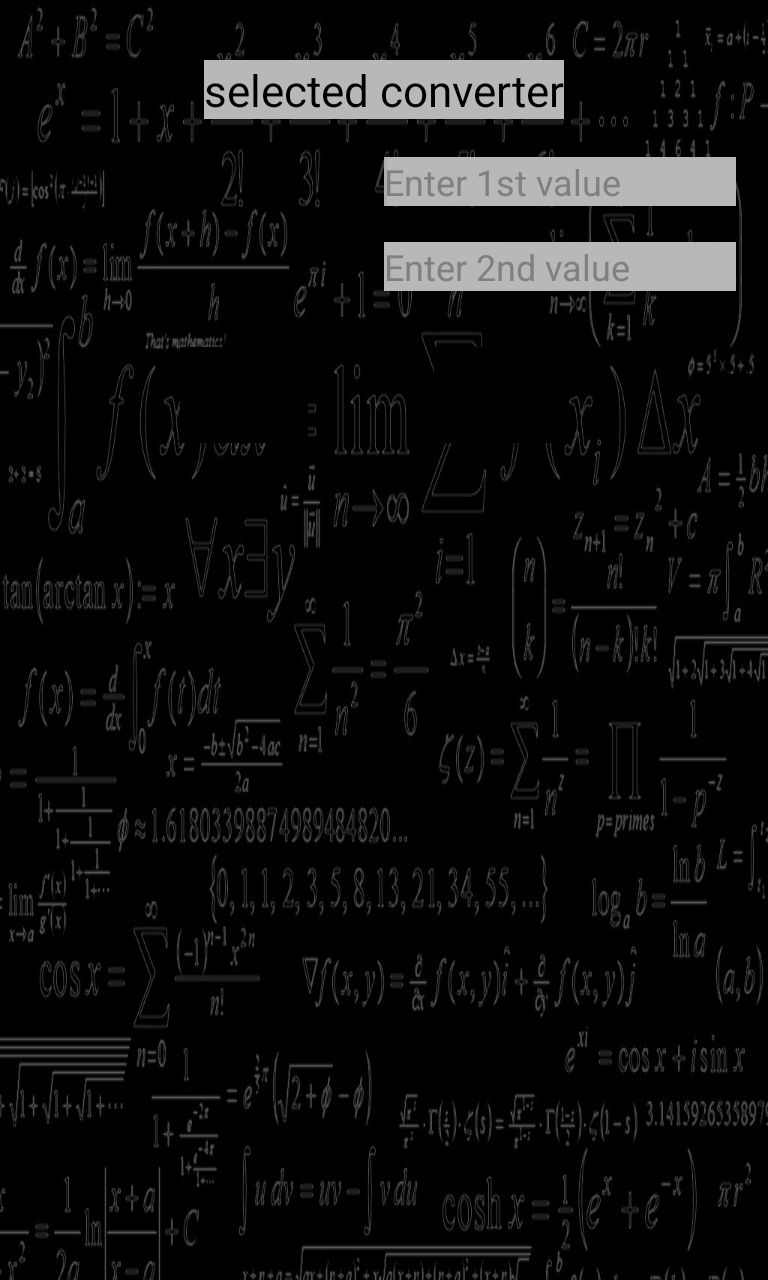
Repository: priyankaaj/practiced-apps
Layout: Converter/res/layout/activity_main.xml
An editor plug-in stored every save of this project. The layout is shown before and after the next save, followed by the edit.
It is drawn on a 768 x 1280 px phone screen (xhdpi) without system bars, with theme AppTheme; the app's code is not run.

Above is the layout before, as saved 2015-09-24 18:52:51.

### Converter/res/layout/activity_main.xml
<RelativeLayout xmlns:android="http://schemas.android.com/apk/res/android"
    xmlns:tools="http://schemas.android.com/tools"
    android:layout_width="match_parent"
    android:layout_height="match_parent"
    android:background="@drawable/maths_wallpaper"
    android:paddingBottom="@dimen/activity_vertical_margin"
    android:paddingLeft="@dimen/activity_horizontal_margin"
    android:paddingRight="@dimen/activity_horizontal_margin"
    android:paddingTop="@dimen/activity_vertical_margin"
    tools:context=".MainActivity" >

    <TextView
        android:id="@+id/selectedconverter"
        android:layout_width="wrap_content"
        android:layout_height="wrap_content"
        android:layout_alignParentTop="true"
        android:layout_centerHorizontal="true"
        android:layout_marginTop="14dp"
        android:text="selected converter"
        android:background="#B8B8B8"
        android:textAppearance="?android:attr/textAppearanceLarge" />

    <Spinner
        android:id="@+id/spinnerconvertoptions"
        android:layout_width="wrap_content"
        android:layout_height="wrap_content"
        android:layout_below="@+id/selectedconverter"
        android:layout_centerHorizontal="true"
        android:background="#B8B8B8"
        android:layout_marginTop="19dp" />

    <EditText
        android:id="@+id/entvalue1"
        android:layout_width="wrap_content"
        android:layout_height="wrap_content"
        android:layout_alignLeft="@+id/spinnerconvertoptions"
        android:layout_below="@+id/spinnerconvertoptions"
        android:ems="10"
        android:background="#B8B8B8"
        android:hint="Enter 1st value" >

        <requestFocus />
    </EditText>

    <EditText
        android:id="@+id/entvalue2"
        android:layout_width="wrap_content"
        android:layout_height="wrap_content"
        android:layout_alignLeft="@+id/entvalue1"
        android:layout_below="@+id/entvalue1"
        android:layout_marginTop="18dp"
        android:ems="10"
        android:background="#B8B8B8"
        android:hint="Enter 2nd value" />

    <Button
        android:id="@+id/buttonsubmit"
        android:layout_width="wrap_content"
        android:layout_height="wrap_content"
        android:layout_alignLeft="@+id/entvalue2"
        android:layout_below="@+id/entvalue2"
        android:layout_marginLeft="25dp"
        android:layout_marginTop="28dp"
        android:background="#000000"
        android:text="Submit" />

    <Button
        android:id="@+id/buttoncancel"
        android:layout_width="wrap_content"
        android:layout_height="wrap_content"
        android:layout_alignBaseline="@+id/buttonsubmit"
        android:layout_alignBottom="@+id/buttonsubmit"
        android:layout_alignRight="@+id/spinnerconvertoptions"
        android:layout_marginRight="38dp"
        android:background="#000000"
        android:text="Reset" />

</RelativeLayout>

Loaded but not shown: Converter/res/values/styles.xml (common file); Converter/res/values-v11/styles.xml (common file); Converter/res/values-v14/styles.xml (common file); Converter/res/values/dimens.xml (common file)

After the next save:
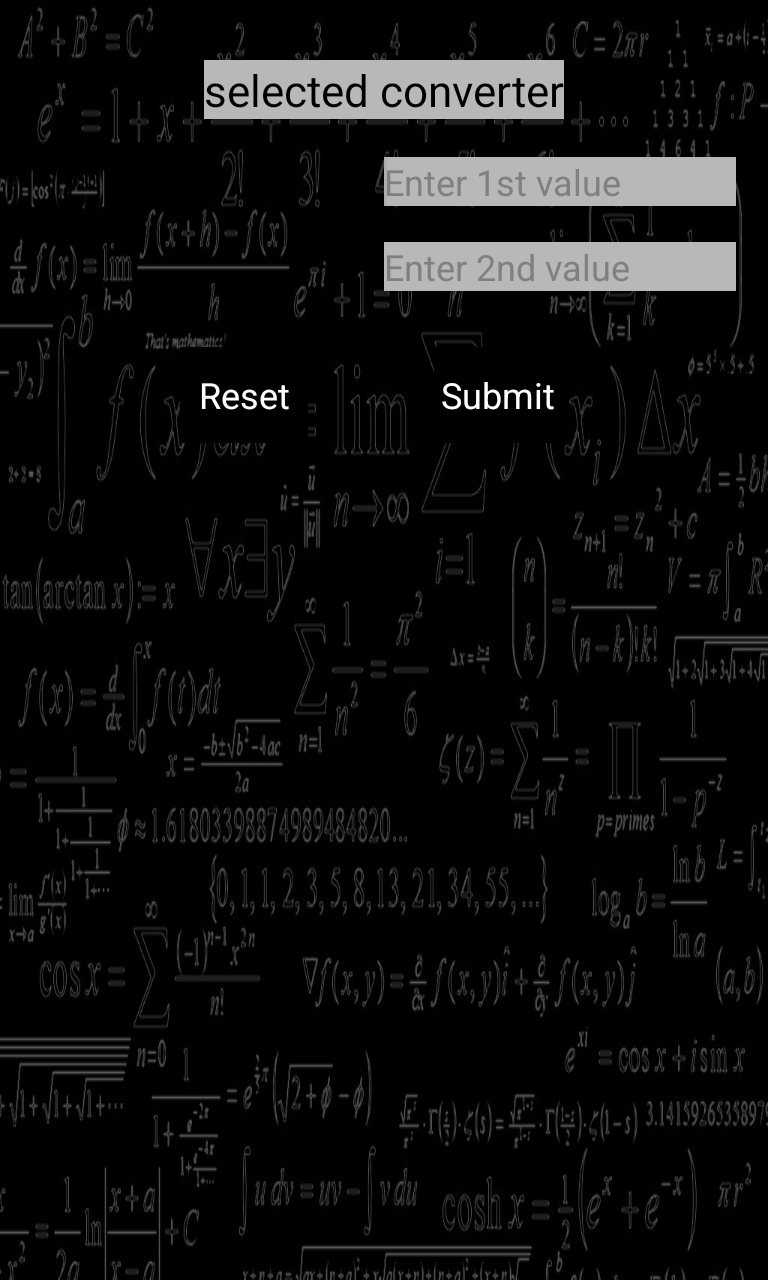
Saved 29 s later.
--- a/Converter/res/layout/activity_main.xml
+++ b/Converter/res/layout/activity_main.xml
@@ -62,6 +62,7 @@
         android:layout_marginLeft="25dp"
         android:layout_marginTop="28dp"
         android:background="#000000"
+        android:textColor="#ffffff"
         android:text="Submit" />
 
     <Button
@@ -73,6 +74,7 @@
         android:layout_alignRight="@+id/spinnerconvertoptions"
         android:layout_marginRight="38dp"
         android:background="#000000"
+        android:textColor="#ffffff"
         android:text="Reset" />
 
 </RelativeLayout>
